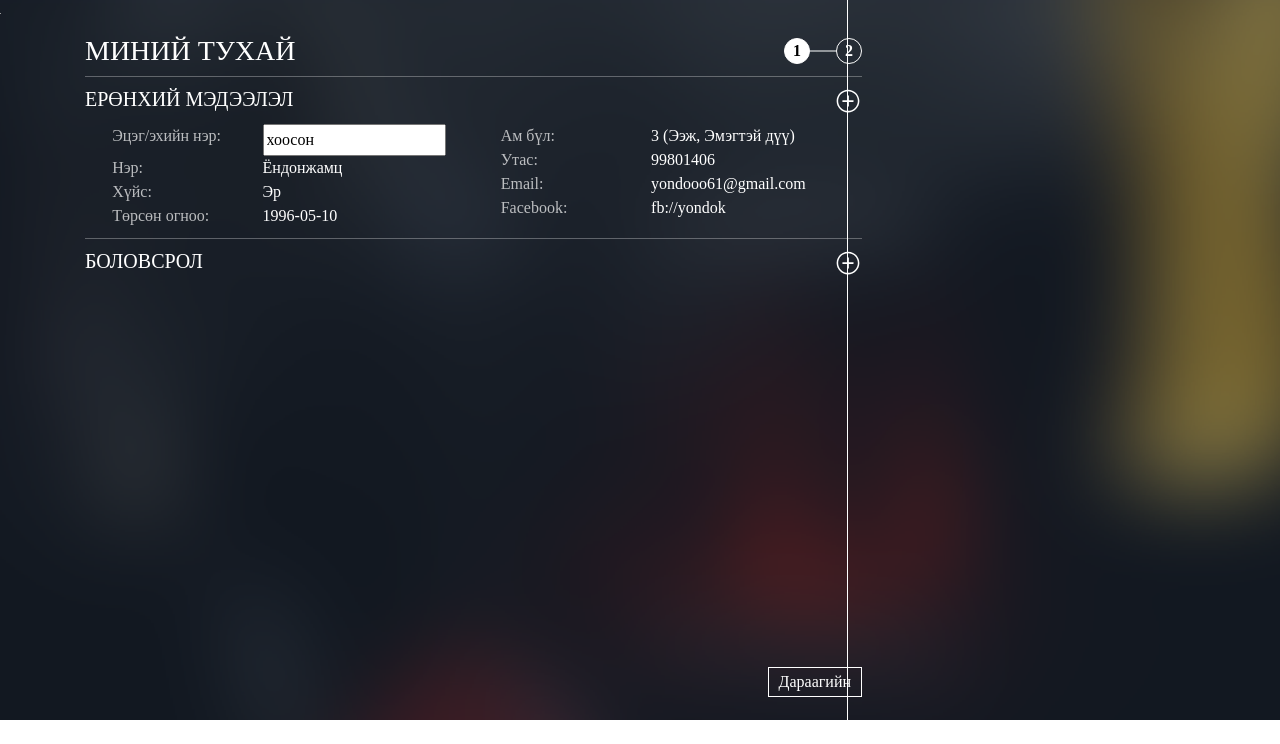
Repository: Yondo202/svProject
Page: /
These files come from the project's save history. The page is drawn as it stood at one moment and after the next save; the edit follows.
The browser window is 1280 px wide. The pictures show the whole page.
The project was rebuilt for these pictures with package versions that can differ from the ones it lists, and the page was loaded fresh each time. The framework's server and built-in components were replaced by stand-ins that run in the browser. Also part of the build but not shown: next.config.js, style/style.scss.

Above is the page before, as saved 2020-11-20 00:46:13.

After the next save:
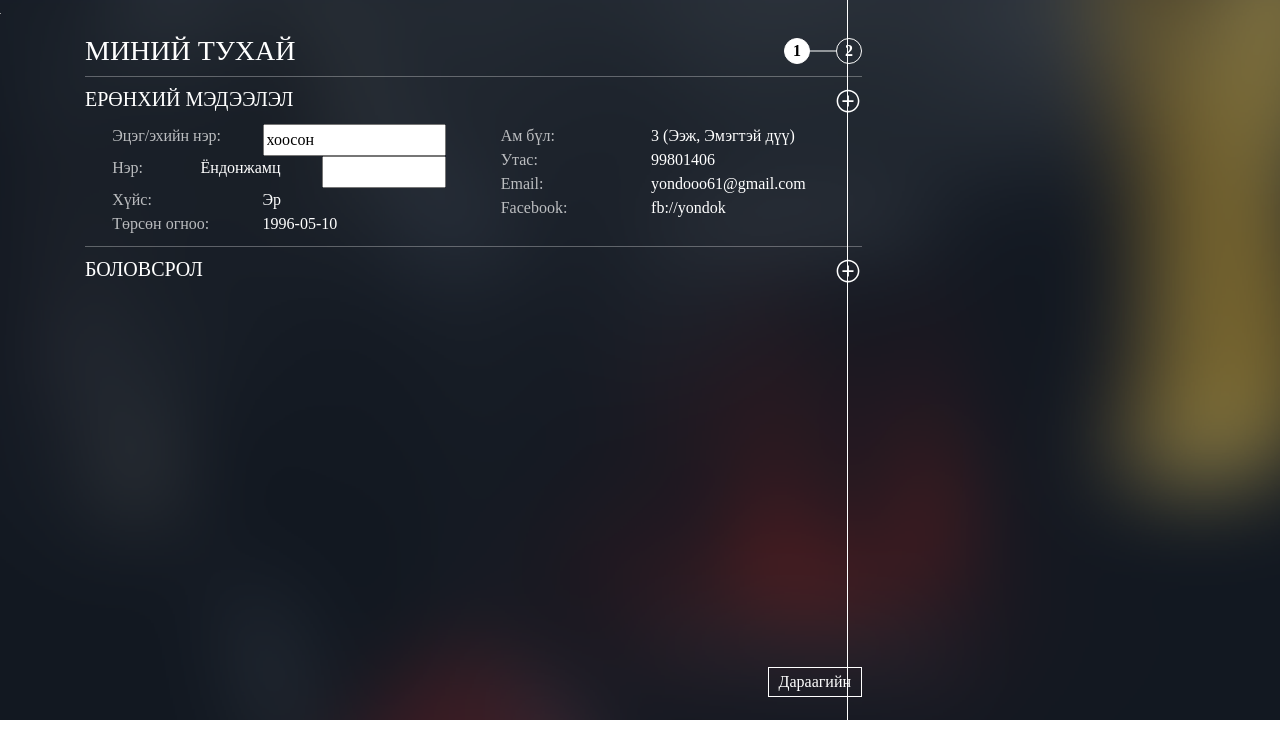
Saved 28 s later.
--- a/components/form1.js
+++ b/components/form1.js
@@ -97,8 +97,9 @@ function form1() {
                         <input className="getinput val" type="text" value={Value} onChange={handleChange} name="parent" />
                     </div>
                     <div className="main-info">
-                        <span className="B">Нэр:</span>
+                        <label className="B">Нэр:</label>
                         <span className="val">Ёндонжамц</span>
+                        <input className="getinput val" type="text" name="name" />
                     </div>
                     <div className="main-info">
                         <span className="B">Хүйс:</span>
